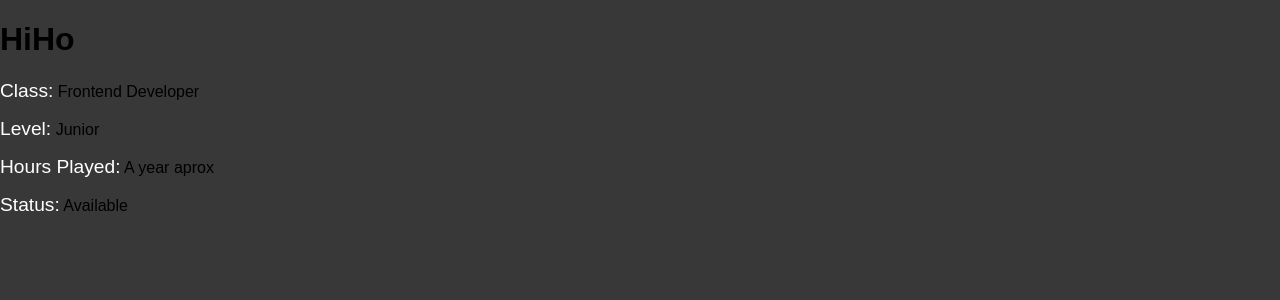
Repository: sernalab/soon
Page: index.html
The author's editor kept a copy of each file at every save. The page is drawn from the files as they stood at one save, then again after the next save.
The browser window is 1280 px wide. The pictures show the whole page.
Some web fonts or font styles are not loaded; a fallback is used.

Above is the page before, as saved 2018-12-21 13:22:24.

After the next save:
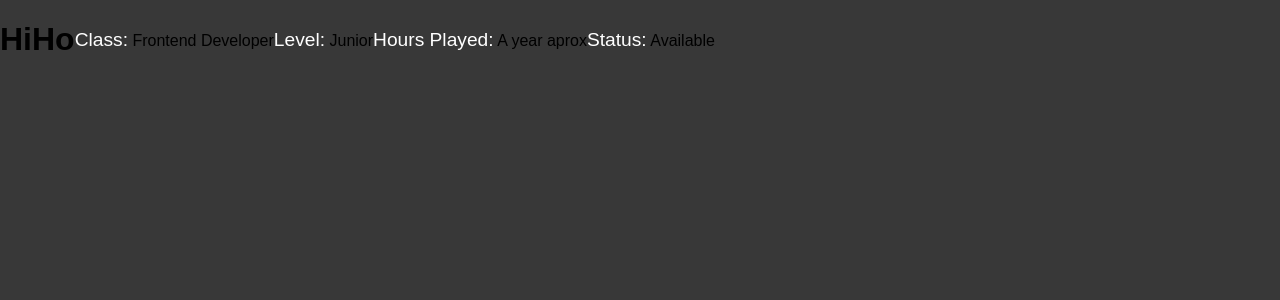
Saved 112 s later.
--- a/css/styles.css
+++ b/css/styles.css
@@ -426,7 +426,10 @@ body {
     font-family: 'Aldrich', sans-serif;
 }
 
-main {}
+main {
+    display: flex;
+    align-items: center;
+}
 
 span {
     color: white;
